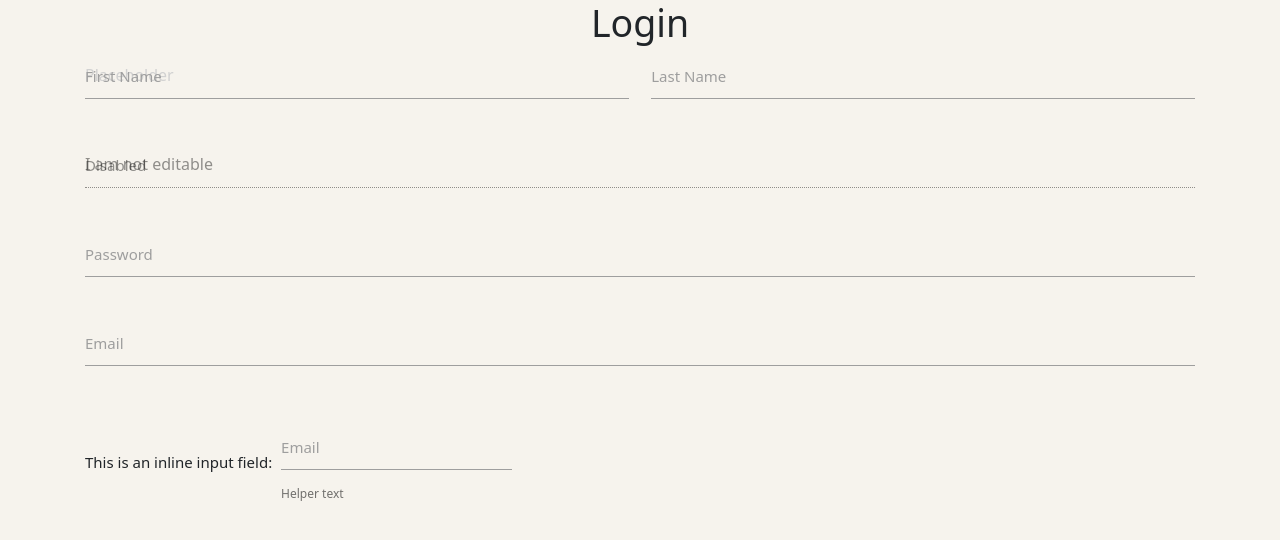
Repository: latenightsnacc/AllinOne
Page: Design/login.html
The author's editor kept a copy of each file at every save. The page is drawn from the files as they stood at one save, then again after the next save.
The browser window is 1280 px wide. The pictures show the whole page.
The style sheet was rebuilt from its Sass, Less or Tailwind sources for each picture, by a compiler version that may differ from the author's.

Above is the page before, as saved 2020-09-19 10:42:44.

### Design/login.html
<!DOCTYPE html>
<html lang="en">
<head>
    <meta charset="UTF-8">
    <meta name="viewport" content="width=device-width, initial-scale=1.0">
    <!--Icons-->
    <link href="https://fonts.googleapis.com/icon?family=Material+Icons" rel="stylesheet">
    <!-- Compiled and minified CSS -->
    <link rel="stylesheet" href="https://cdnjs.cloudflare.com/ajax/libs/materialize/1.0.0/css/materialize.min.css">
    <link rel="stylesheet" href="https://stackpath.bootstrapcdn.com/bootstrap/5.0.0-alpha1/css/bootstrap.min.css" integrity="sha384-r4NyP46KrjDleawBgD5tp8Y7UzmLA05oM1iAEQ17CSuDqnUK2+k9luXQOfXJCJ4I" crossorigin="anonymous">
    <!--Custom css-->
    <link rel="stylesheet" href="sidebar.css">
    <title>Business Profile</title>
</head>
<body>
    <div class="container">
        <h1 class="text-center">Login</h1>
        <div class="form">
            <div class="row">
                <form class="col s12">
                <div class="row">
                    <div class="input-field col s6">
                    <input placeholder="Placeholder" id="first_name" type="text" class="validate">
                    <label for="first_name">First Name</label>
                    </div>
                    <div class="input-field col s6">
                    <input id="last_name" type="text" class="validate">
                    <label for="last_name">Last Name</label>
                    </div>
                </div>
                <div class="row">
                    <div class="input-field col s12">
                    <input disabled value="I am not editable" id="disabled" type="text" class="validate">
                    <label for="disabled">Disabled</label>
                    </div>
                </div>
                <div class="row">
                    <div class="input-field col s12">
                    <input id="password" type="password" class="validate">
                    <label for="password">Password</label>
                    </div>
                </div>
                <div class="row">
                    <div class="input-field col s12">
                    <input id="email" type="email" class="validate">
                    <label for="email">Email</label>
                    </div>
                </div>
                <div class="row">
                    <div class="col s12">
                    This is an inline input field:
                    <div class="input-field inline">
                        <input id="email_inline" type="email" class="validate">
                        <label for="email_inline">Email</label>
                        <span class="helper-text" data-error="wrong" data-success="right">Helper text</span>
                    </div>
                    </div>
                </div>
                </form>
            </div>
        </div>
    </div>

    <script src="https://cdn.jsdelivr.net/npm/popper.js@1.16.0/dist/umd/popper.min.js" integrity="sha384-Q6E9RHvbIyZFJoft+2mJbHaEWldlvI9IOYy5n3zV9zzTtmI3UksdQRVvoxMfooAo" crossorigin="anonymous"></script>
    <script src="https://stackpath.bootstrapcdn.com/bootstrap/5.0.0-alpha1/js/bootstrap.min.js" integrity="sha384-oesi62hOLfzrys4LxRF63OJCXdXDipiYWBnvTl9Y9/TRlw5xlKIEHpNyvvDShgf/" crossorigin="anonymous"></script>
</body>
</html>

### Design/sidebar.scss
@import 'variables';

*{
    margin: 0;
    padding: 0;
    box-sizing: border-box;
    list-style: none;
    a {
        text-decoration: none;

    }
    &:before,&:after {
        box-sizing: border-box;
    }
    :after {
        content: "";
    }
}

body, html {
    background: $grey;
    overflow-x: hidden;
}
.wrapper {
    min-height:100vh;
    margin-left: 100px;
    margin-top: 120px;

}
.cardNew{
    display: flex;
    flex-direction: column;
    align-items: center;
    justify-content: center;
    width: 250px;
    height: 250px;
    position: relative;
    background-color: $grey;


    .card-content{
        color: $blue2;

    }

    .card-top {
        position: absolute;
        top:-60px;
        left: 75px;
        width: 100px;
        height: 100px;
        background-color: $blue2;
        display: flex;
        align-items: center;
        justify-content: center;
        font-size: 30px;
        color: $grey;


    }

    &:hover {
        box-shadow: $bsGrey;
        border-radius: $borderR;
    }

}
.card-title {
    font-family: $fontNoto;
    font-size: 20px;
    color: black;
}
.biz-title {
    font-family: $fontNoto;
    font-size: 35px;
    color: $grey;
}

.blue-nav {
    height: 100px;
    background-color: $blue2 !important;
}

a.sidebar-icon {
    color: $dark;
    font-size: 50px;

    &:hover {
        color: $grey;
    }
}
a.active {
    color: $grey;
}
.side-bar {
    float: left;
	position: fixed;
	top: 200;
    left: 0;
    background: transparent;
    margin-top: 100px;
}

.side-bar ul {
	text-align: center;
}

.side-bar ul li {
	position: relative;
  width: 100px;
  cursor: pointer;
	background: $blue2;
	text-transform: uppercase;
	transition:all .4s ease-out;
}

.side-bar ul li:after {
	position: absolute;
	background: $grey;
	color: $blue2;
	top:0;
	left: 100px;
	width: 100px; height: 100%;
  opacity:.5;
  transform: perspective(400px) rotateY(90deg);
	transform-origin: 0 100%;
	transition:all .4s ease-out;
}

.side-bar ul li:nth-child(1):after {
    display: flex;
    align-items: center;
    justify-content: center;
    content: "Dashboard";
    line-height: 88px;

}
.side-bar ul li:nth-child(2):after {
    content: "Profile";
    display: flex;
    align-items: center;
    justify-content: center;
	line-height: 88px;
}
.side-bar ul li:nth-child(3):after {
    display: flex;
    align-items: center;
    justify-content: center;
	content: "Finance";
	line-height: 85px;
}
.side-bar ul li:nth-child(4):after {
    display: flex;
    align-items: center;
    justify-content: center;
	content: "CMS";
	line-height: 70px;
}
.side-bar ul li:nth-child(5):after {
    display: flex;
    align-items: center;
    justify-content: center;
	content: "Settings";
	line-height: 70px;
}
.side-bar ul li:nth-child(6):after {
    display: flex;
    align-items: center;
    justify-content: center;
	content: "Help";
	line-height: 70px;
}
.side-bar ul li:nth-child(7):after {
    display: flex;
    align-items: center;
    justify-content: center;
	content: "Log out";
	line-height: 70px;
}
.side-bar ul li:hover {
	transform: translateX(-100px);
}

.side-bar ul li:hover:after {
  opacity: 1;
	transform: perspective(400px) rotateY(0deg) scale(1) ;
}


.side-bar ul li > div {
	display: inline-block;
	padding: 25px 0;
	background: transparent;
}

.side-bar ul li div { position: relative; }

### Design/_variables.scss
@import url('https://fonts.googleapis.com/css2?family=Roboto+Mono&display=swap');
@import url('https://fonts.googleapis.com/css2?family=Noto+Sans+HK:wght@100;400&display=swap');

$fontRoboto: 'Roboto Mono', monospace;
$fontNoto: 'Noto Sans HK', sans-serif;
$blue: #55b9f3;
$blue2: #0091f7;
$white: #fff;
// $grey: #bdcfe5;
$grey: #f6f3ed;
$borderR: 50px;
$dark: black;
$Brb: 50px;
$bsGrey:  -30px -30px 60px #d1cfc9,
30px 30px 60px #ffffff;
$bsBlue:  -30px -30px 60px #489dcf,
30px 30px 60px #62d5ff;;

After the next save:
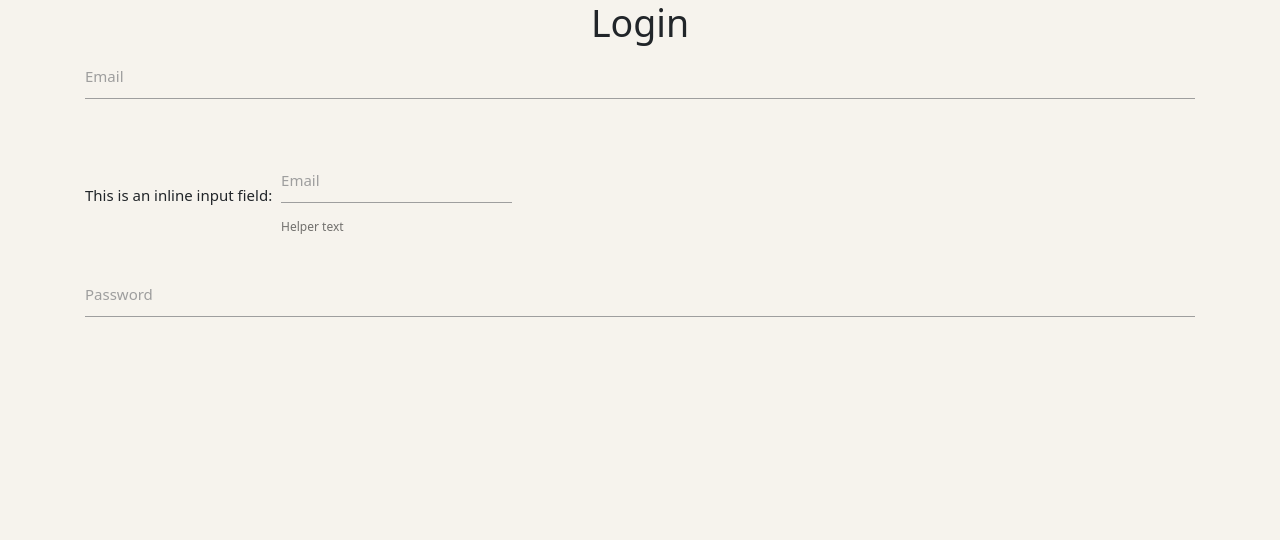
Saved 60 s later.
--- a/Design/login.html
+++ b/Design/login.html
@@ -19,28 +19,6 @@
             <div class="row">
                 <form class="col s12">
                 <div class="row">
-                    <div class="input-field col s6">
-                    <input placeholder="Placeholder" id="first_name" type="text" class="validate">
-                    <label for="first_name">First Name</label>
-                    </div>
-                    <div class="input-field col s6">
-                    <input id="last_name" type="text" class="validate">
-                    <label for="last_name">Last Name</label>
-                    </div>
-                </div>
-                <div class="row">
-                    <div class="input-field col s12">
-                    <input disabled value="I am not editable" id="disabled" type="text" class="validate">
-                    <label for="disabled">Disabled</label>
-                    </div>
-                </div>
-                <div class="row">
-                    <div class="input-field col s12">
-                    <input id="password" type="password" class="validate">
-                    <label for="password">Password</label>
-                    </div>
-                </div>
-                <div class="row">
                     <div class="input-field col s12">
                     <input id="email" type="email" class="validate">
                     <label for="email">Email</label>
@@ -56,6 +34,12 @@
                     </div>
                     </div>
                 </div>
+                <div class="row">
+                    <div class="input-field col s12">
+                    <input id="password" type="password" class="validate">
+                    <label for="password">Password</label>
+                    </div>
+                </div>
                 </form>
             </div>
         </div>
